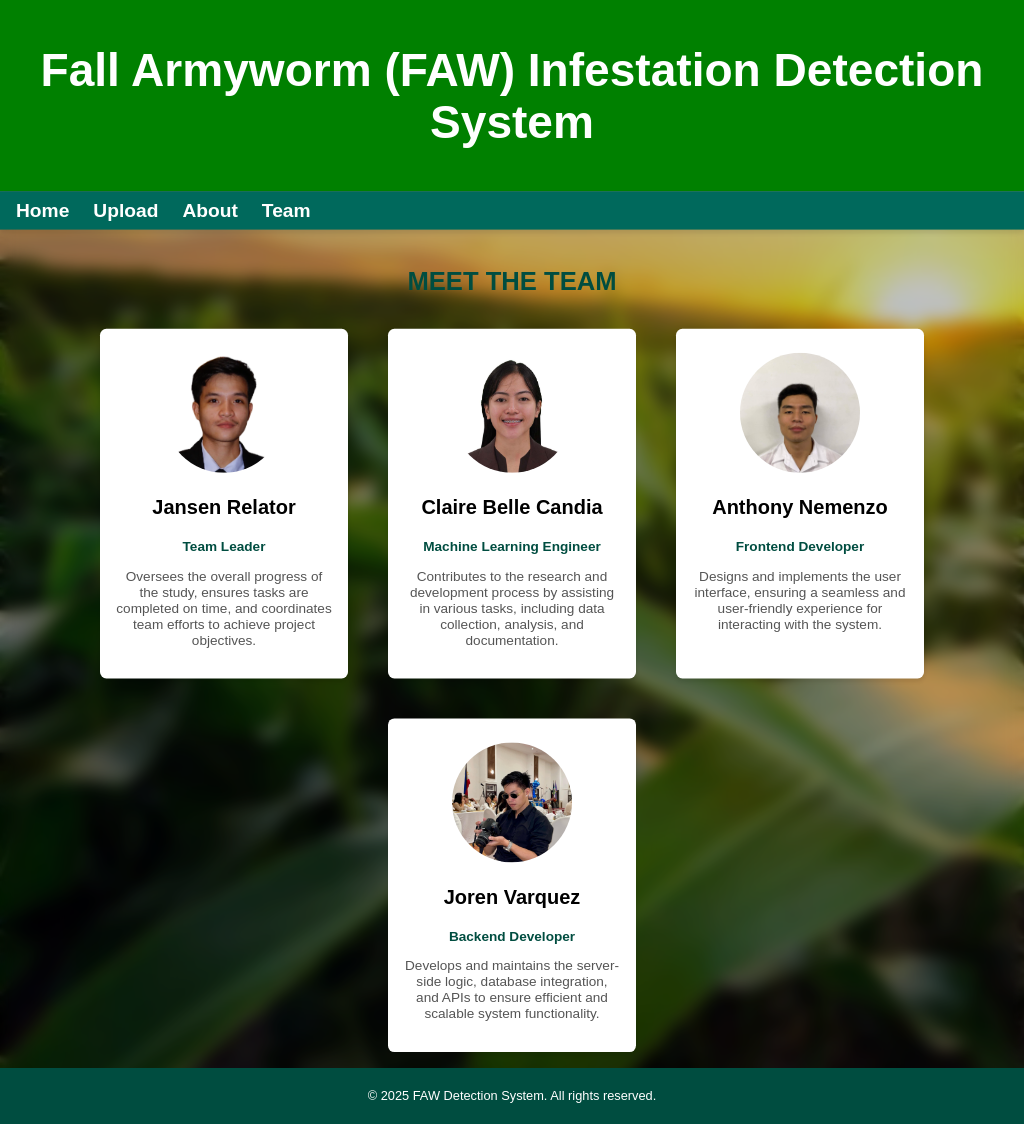
Repository: jansen223/faw-detection-main
Page: /team
The author's editor kept a copy of each file at every save. The page is drawn from the files as they stood at one save, then again after the next save.
The browser window is 1280 px wide. The pictures show the whole page, at 80% of full size.
The project was rebuilt for these pictures with package versions that can differ from the ones it lists, and the page was loaded fresh each time. Also part of the build but not shown: src/pages/Home.css, src/pages/Summary.css, src/pages/Home.js, src/pages/About.css, src/pages/About.js, src/pages/Summary.js, src/pages/UploadAndDetect.css, src/pages/UploadAndDetect.js.

Above is the page before, as saved 2025-05-03 10:52:05.

After the next save:
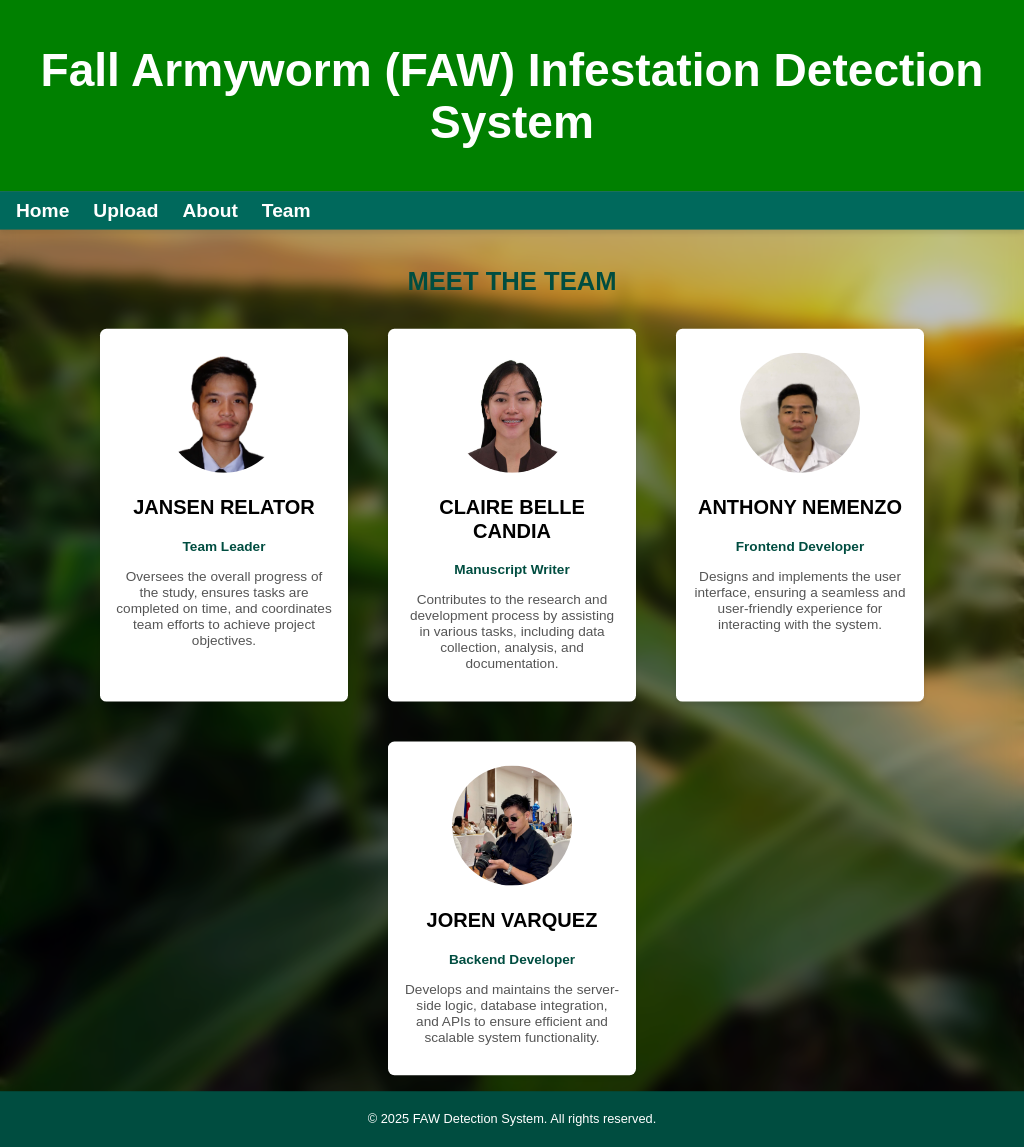
Saved 2 min 46 s later.
--- a/src/pages/Team.js
+++ b/src/pages/Team.js
@@ -4,25 +4,25 @@ import './Team.css';
 function Team() {
   const teamMembers = [
     {
-      name: "Jansen Relator",
+      name: "JANSEN RELATOR",
       role: "Team Leader",
       description: "Oversees the overall progress of the study, ensures tasks are completed on time, and coordinates team efforts to achieve project objectives.",
       image: "images/jansen.png"
     },
     {
-      name: "Claire Belle Candia",
-      role: "Machine Learning Engineer",
+      name: "CLAIRE BELLE CANDIA",
+      role: "Manuscript Writer",
       description: "Contributes to the research and development process by assisting in various tasks, including data collection, analysis, and documentation.",
       image: "images/claire.jpg"
     },
     {
-      name: "Anthony Nemenzo",
+      name: "ANTHONY NEMENZO",
       role: "Frontend Developer",
       description: "Designs and implements the user interface, ensuring a seamless and user-friendly experience for interacting with the system.",
       image: "images/anthony.jpeg"
     },
     {
-      name: "Joren Varquez",
+      name: "JOREN VARQUEZ",
       role: "Backend Developer",
       description: "Develops and maintains the server-side logic, database integration, and APIs to ensure efficient and scalable system functionality.",
       image: "images/joren1.jpg"
